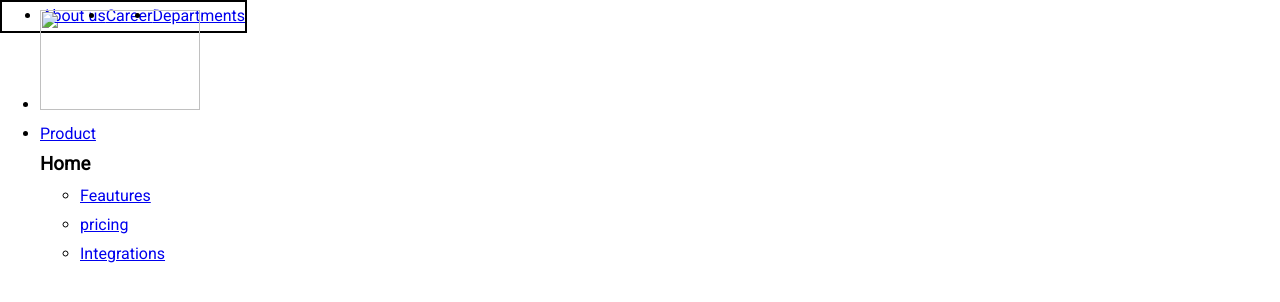
Repository: Hassanine-jaouadi/docplanner
Page: doc-panner.html
An editor plug-in stored every save of this project. The page is shown before and after the next save, followed by the edit.
The browser window is 1280 px wide. The pictures show the whole page.
Some web libraries are served in a nearby version.

Above is the page before, as saved 2020-01-16 21:56:41.

After the next save:
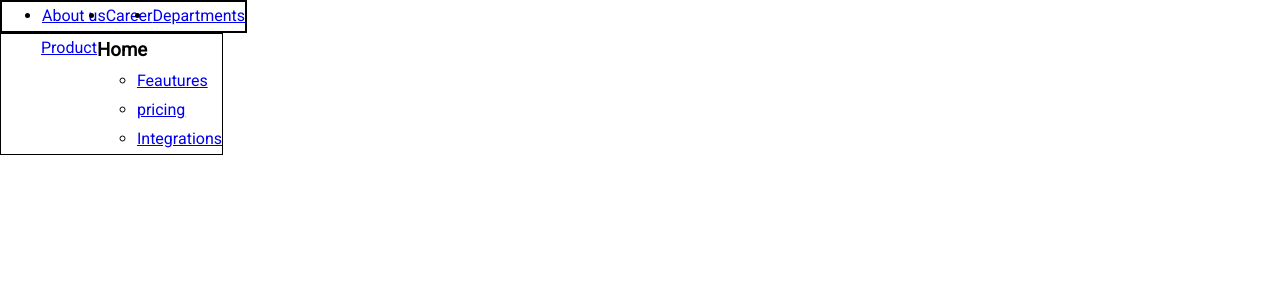
Saved 37 s later.
--- a/doc-panner.html
+++ b/doc-panner.html
@@ -28,14 +28,8 @@
 
 
     <nav>
-            <ul class="nav">
+            <ul class="flex-container">
 
-                <li class=" "> <a href="https://wistia.com/"><img
-                            src="file:///Users/hjaouadi/Downloads/wistia-images/wistia-logo-color.jpg" height="100"
-                            width="160" style="margin-top: -23px" />
-
-                    </a> </li>
-                <li>
                     <a href="#">Product</a>
                     <div class="white-drop-down">
                         <div class="nav-column">
